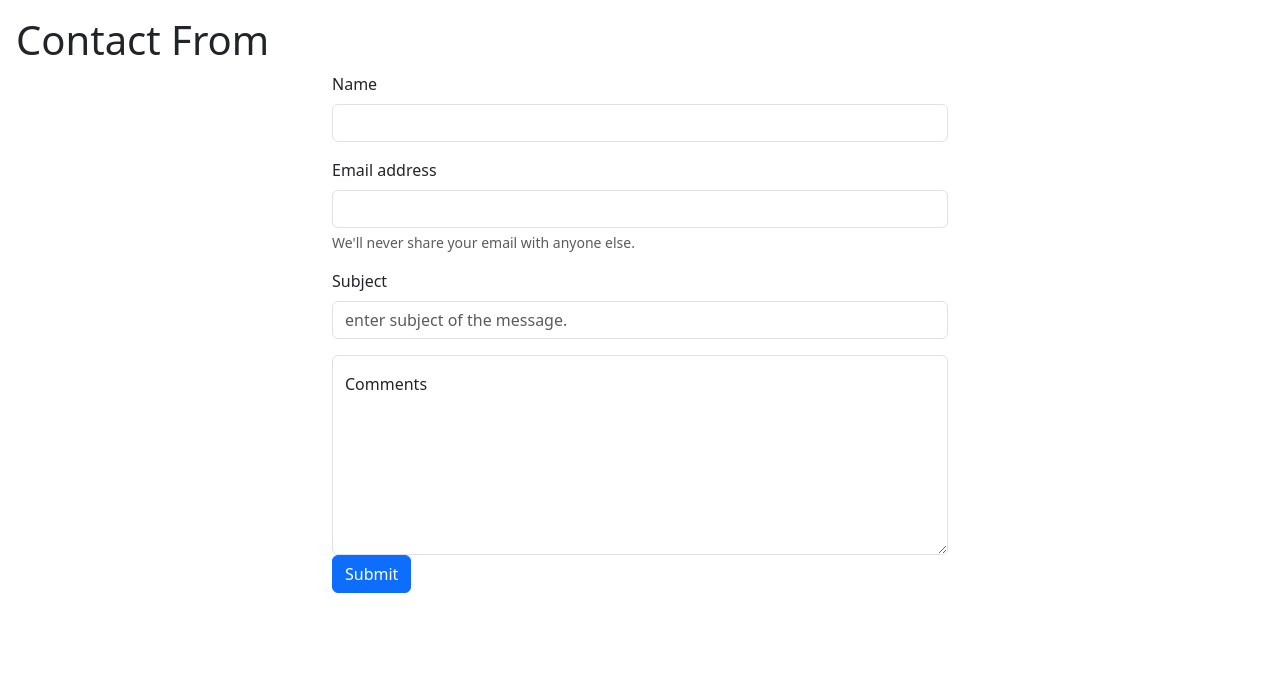
Repository: syni18/bootstrap_form
Page: index.html
An editor plug-in stored every save of this project. The page is shown before and after the next save, followed by the edit.
The browser window is 1280 px wide. The pictures show the whole page.

Above is the page before, as saved 2023-10-26 15:38:19.

### index.html
<!DOCTYPE html>
<html lang="en">
<head>
    <meta charset="UTF-8">
    <meta name="viewport" content="width=device-width, initial-scale=1.0">
    <link href="https://cdn.jsdelivr.net/npm/bootstrap@5.3.2/dist/css/bootstrap.min.css" rel="stylesheet" integrity="sha384-T3c6CoIi6uLrA9TneNEoa7RxnatzjcDSCmG1MXxSR1GAsXEV/Dwwykc2MPK8M2HN" crossorigin="anonymous">
    <title>Contact From</title>
</head>
<body>
    <h1 class="display-6 ms-3 mt-3">Contact From</h1>
    <form class="container w-50">
  <div class="mb-3">
    <label for="exampleInputName1" class="form-label">Name</label>
    <input type="name" class="form-control" id="exampleInputName1" aria-describedby="NameHelp">
  </div>
  <div class="mb-3">
    <label for="exampleInputEmail1" class="form-label">Email address</label>
    <input type="email" class="form-control" id="exampleInputEmail1" aria-describedby="emailHelp">
    <div id="emailHelp" class="form-text">We'll never share your email with anyone else.</div>
  </div>
  <div class="mb-3">
    <label for="exampleInputSubject1" class="form-label">Subject</label>
    <input type="text" class="form-control" id="exampleInputsubject1" aria-describedby="subjectHelp" placeholder="enter subject of the message.">
  </div>
  <div class="form-floating">
  <textarea class="form-control" placeholder="Leave a comment here" id="floatingTextarea2" style="height: 200px"></textarea>
  <label for="floatingTextarea2">Comments</label>
</div>

  <button type="submit" class="btn btn-primary">Submit</button>
</form>
    <script src="https://cdn.jsdelivr.net/npm/bootstrap@5.3.2/dist/js/bootstrap.bundle.min.js" integrity="sha384-C6RzsynM9kWDrMNeT87bh95OGNyZPhcTNXj1NW7RuBCsyN/o0jlpcV8Qyq46cDfL" crossorigin="anonymous"></script>
</body>
</html>

After the next save:
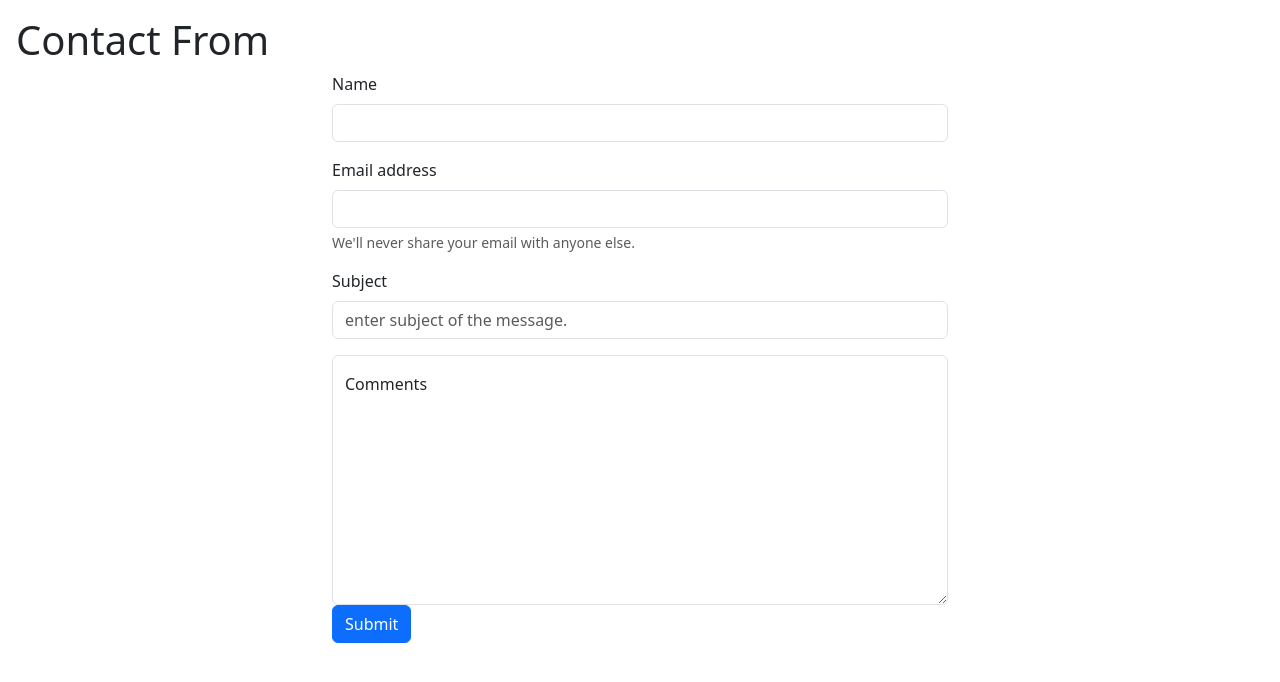
Saved 10 s later.
--- a/index.html
+++ b/index.html
@@ -23,7 +23,7 @@
     <input type="text" class="form-control" id="exampleInputsubject1" aria-describedby="subjectHelp" placeholder="enter subject of the message.">
   </div>
   <div class="form-floating">
-  <textarea class="form-control" placeholder="Leave a comment here" id="floatingTextarea2" style="height: 200px"></textarea>
+  <textarea class="form-control" placeholder="Leave a comment here" id="floatingTextarea2" style="height: 250px"></textarea>
   <label for="floatingTextarea2">Comments</label>
 </div>
 
